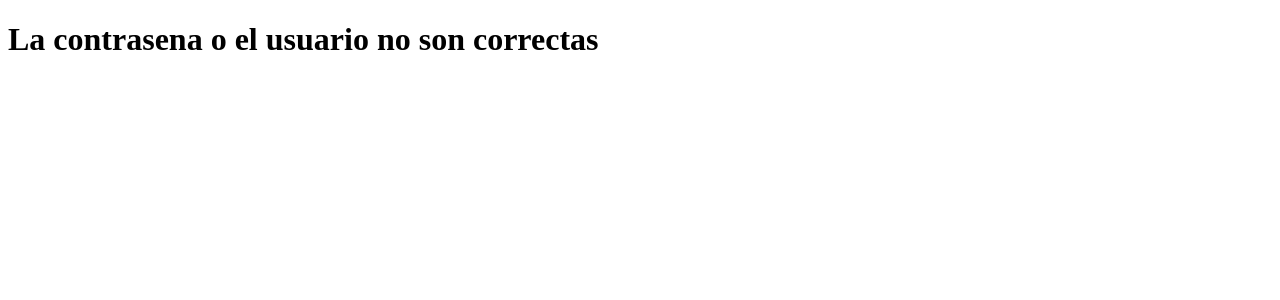
Repository: fherrerad/NocionesJava
Page: 05_Web/WebContent/error.html
These files come from the project's save history. The page is drawn as it stood at one moment and after the next save; the edit follows.
The browser window is 1280 px wide. The pictures show the whole page.

Above is the page before, as saved 2019-04-25 09:54:46.

After the next save:
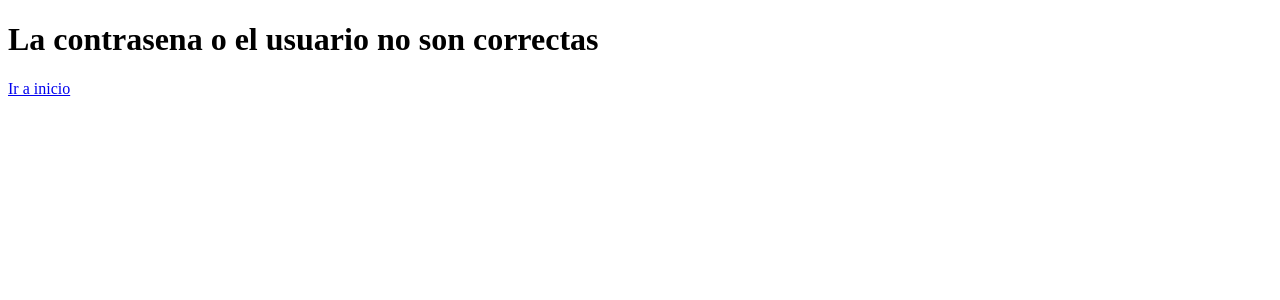
Saved 47 s later.
--- a/05_Web/WebContent/error.html
+++ b/05_Web/WebContent/error.html
@@ -6,5 +6,6 @@
 </head>
 <body>
 	<h1>La contrasena o el usuario no son correctas</h1>
+	<a href="inicio.html">Ir a inicio</a>
 </body>
 </html>
